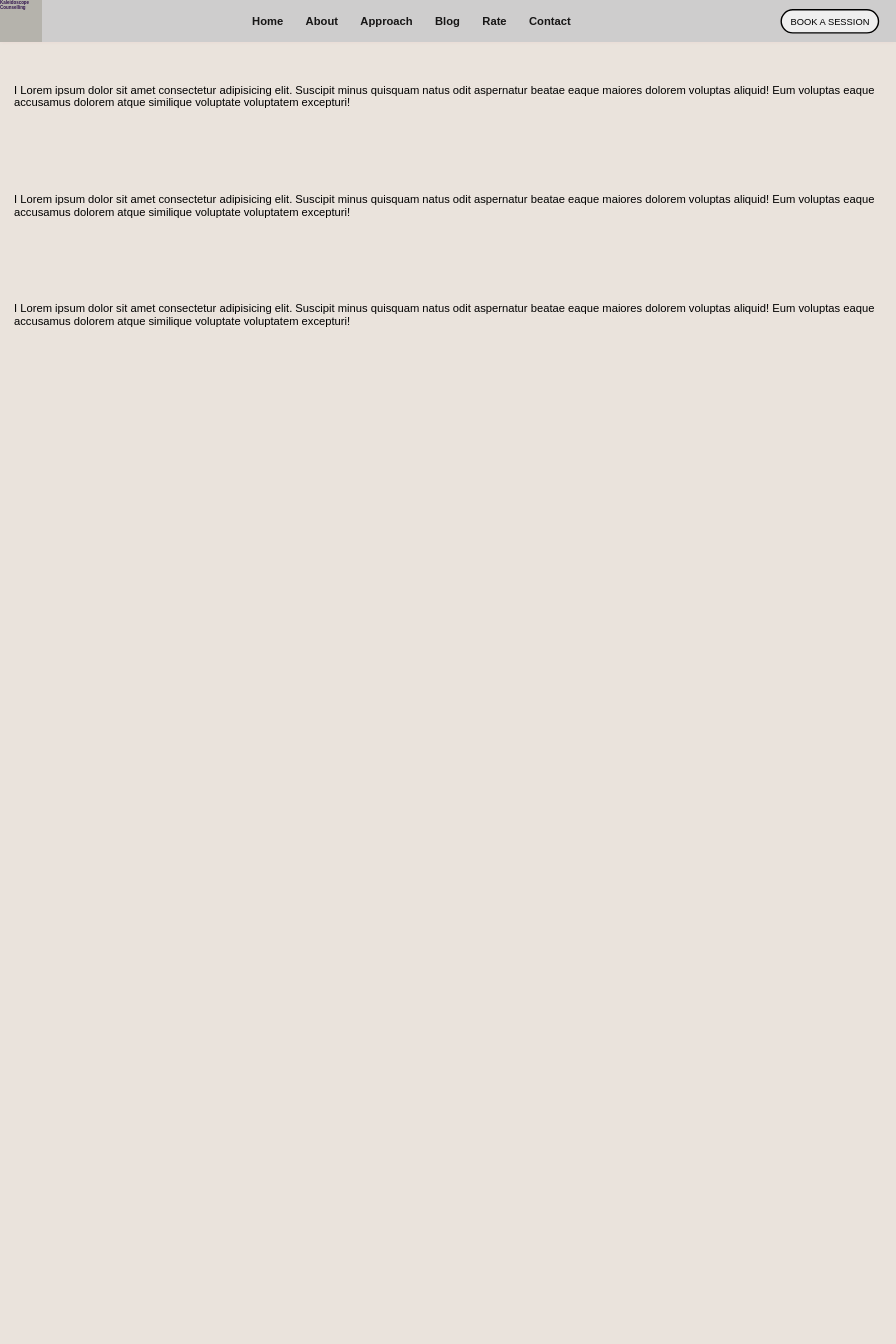
Repository: voutadi/Project1
Page: index.html
These files come from the project's save history. The page is drawn as it stood at one moment and after a run of saves; the edit follows.
The browser window is 1280 px wide. The pictures show the part of the page from y = 0 to 1920 px (the page is 3120 px tall), at 70% of full size.

Above is the page before, as saved 2024-07-08 22:35:44.

After the next 5 saves:
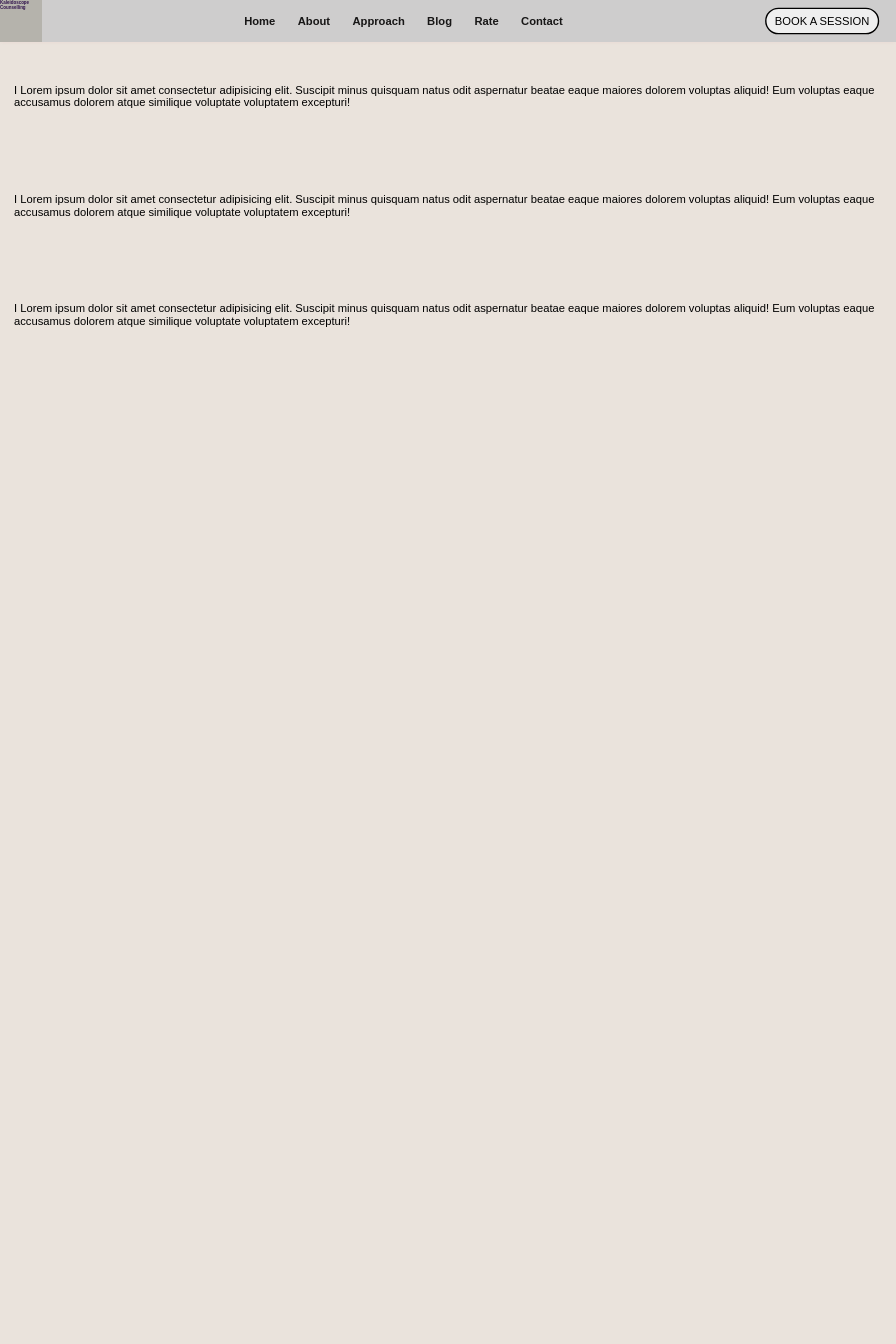
The 5 saves are shown as one change because they came seconds apart.
The last was saved 18 s later.
--- a/styles/style.css
+++ b/styles/style.css
@@ -68,7 +68,7 @@
 
 button {
   background-color: black
-  color(srgb red green blue):
+  color:white;
   font-size: 1rem;
   padding: 8px 12px;
   margin-right: 1.5rem;

After the save that followed:
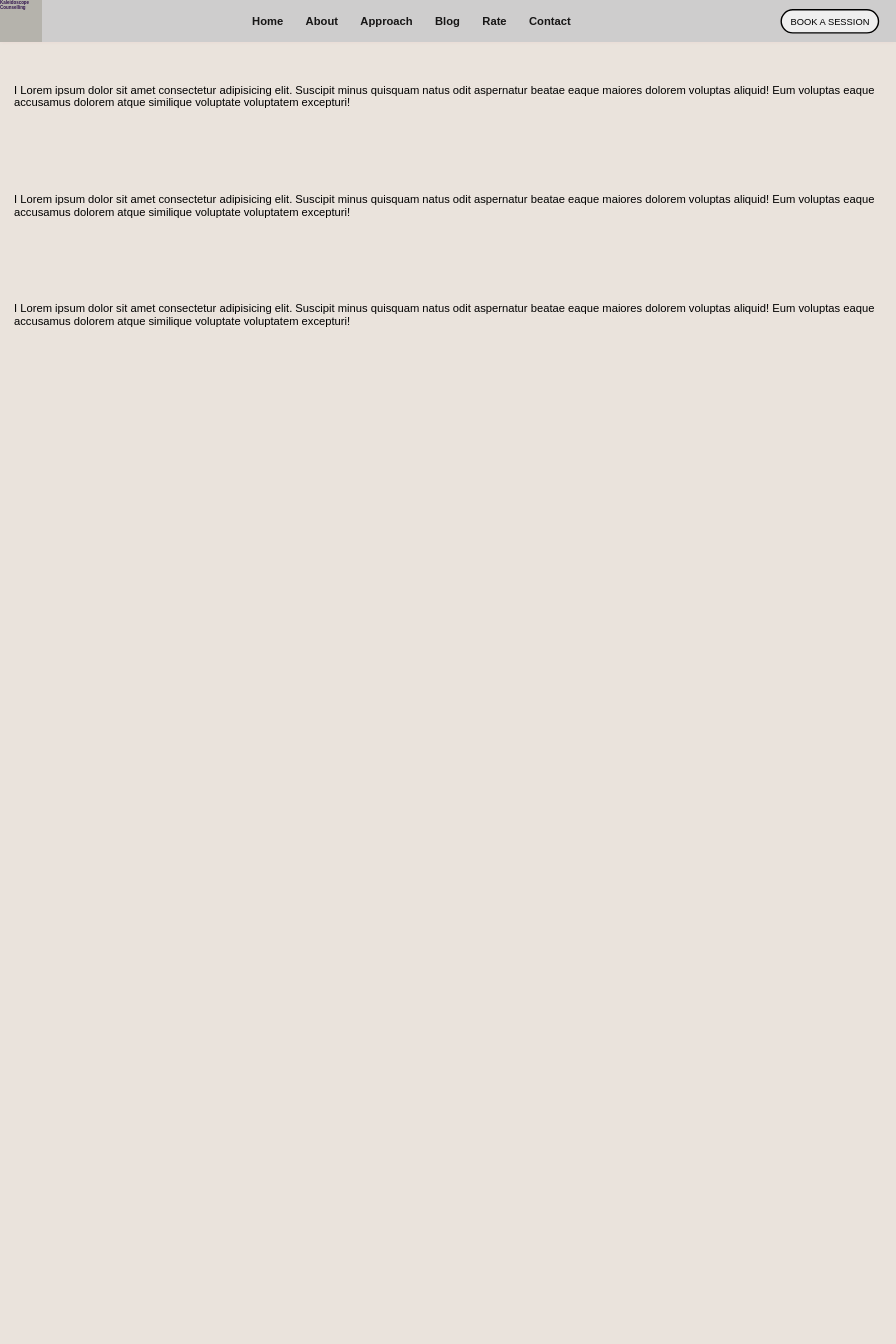
Saved 21 s later.
--- a/styles/style.css
+++ b/styles/style.css
@@ -68,7 +68,7 @@
 
 button {
   background-color: black
-  color:white;
+
   font-size: 1rem;
   padding: 8px 12px;
   margin-right: 1.5rem;
